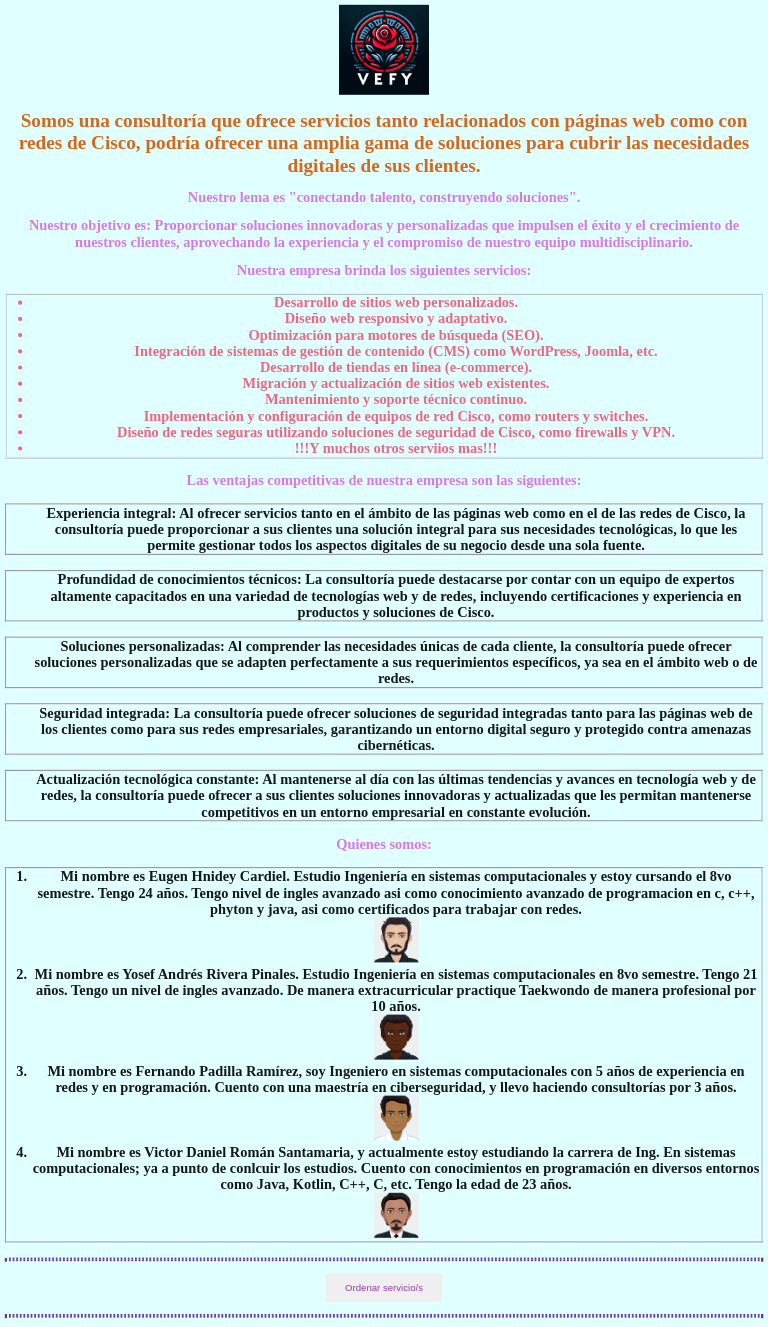
Repository: UVMCoyoacan/VEFY
Page: indexPrincipal.html
An editor plug-in stored every save of this project. The page is shown before and after the next save, followed by the edit.
The browser window is 1280 px wide. The pictures show the whole page, at 60% of full size.

Above is the page before, as saved 2024-03-01 11:44:34.

After the next save:
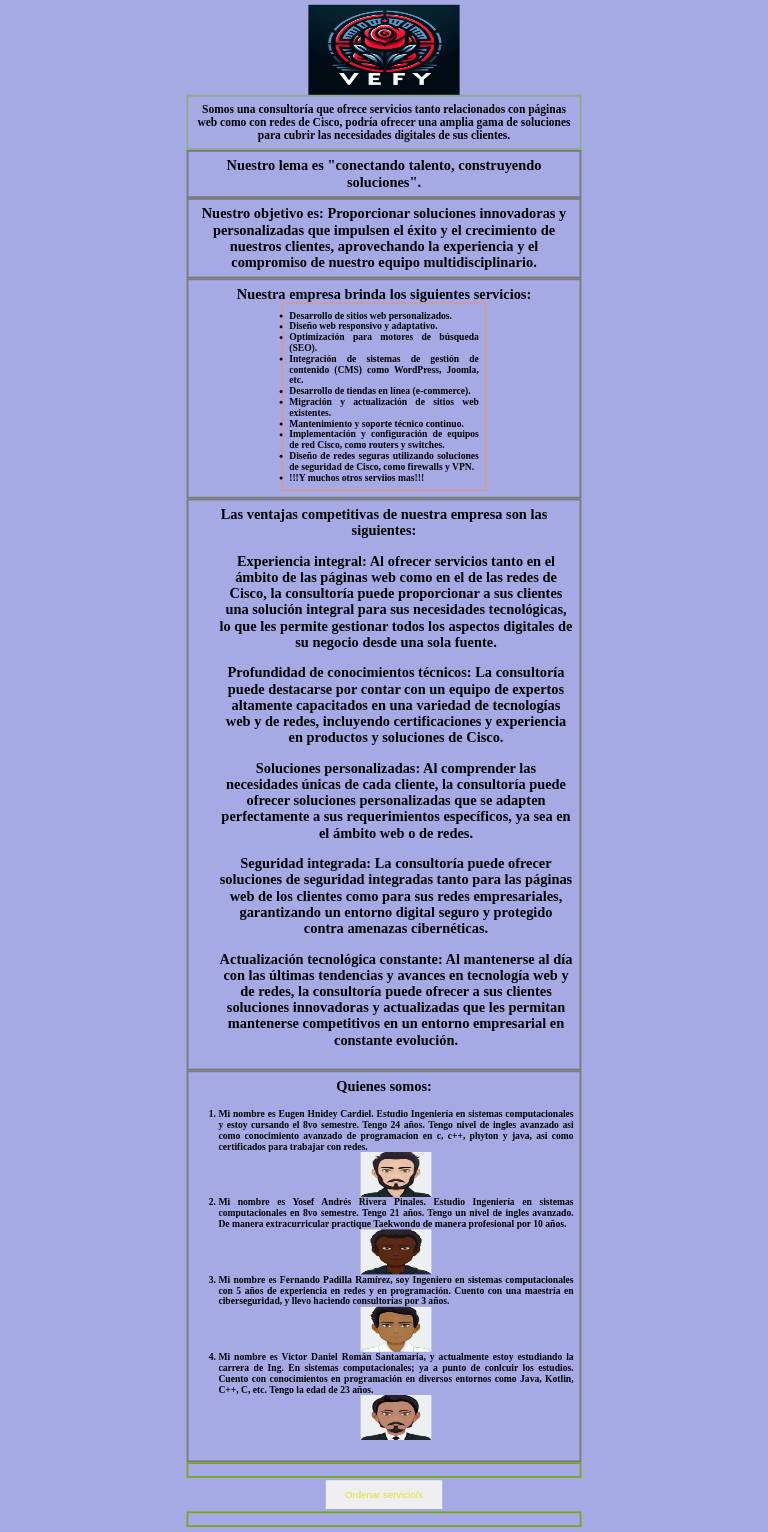
Saved 67 s later.
--- a/indexPrincipal.html
+++ b/indexPrincipal.html
@@ -4,10 +4,7 @@
     <head>
         <title> VEFY CONSULTORIA </title>
 
-
-
-        <link rel="stylesheet" href="estilo3.css"/>
-
+        <link rel="stylesheet" href="estilo4.css"/>
         <meta charset="UTF-8" />
     </head>
     <body>
